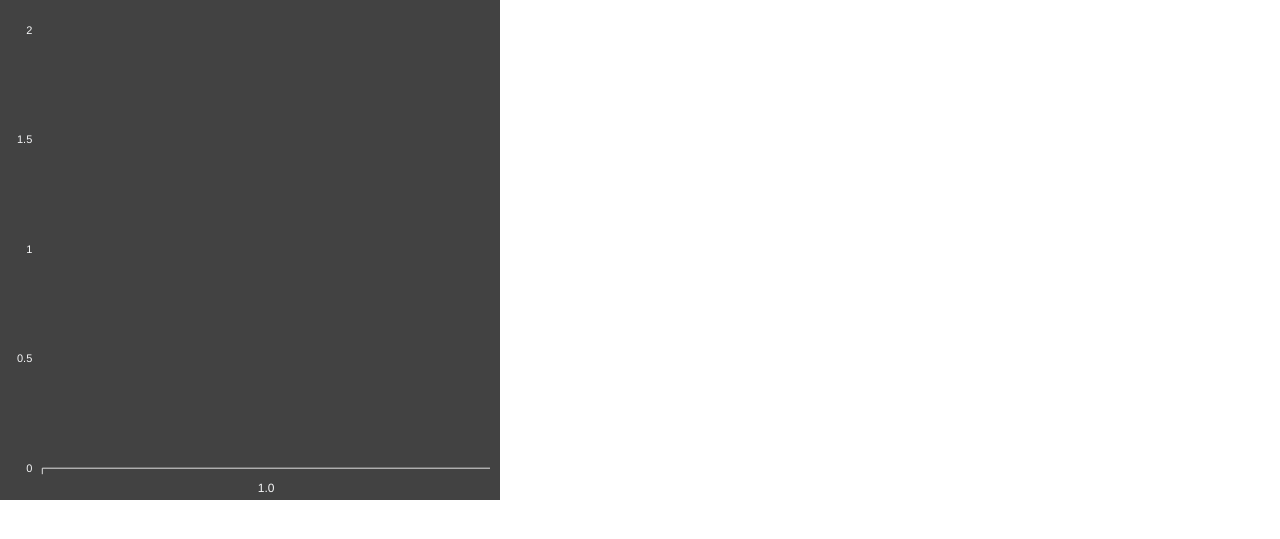
Repository: wanted-pre-onboarding-internship-1team/pre-onboarding-9th-3-1
Page: /
These files come from the project's save history. The page is drawn as it stood at one moment and after the next save; the edit follows.
The browser window is 1280 px wide. The pictures show the whole page.
The project was rebuilt for these pictures with package versions that can differ from the ones it lists, and the page was loaded fresh each time.

Above is the page before, as saved 2023-03-15 00:53:22.

### public/index.html
<!DOCTYPE html>
<html lang="en">
  <head>
    <meta charset="utf-8" />
    <link rel="icon" href="%PUBLIC_URL%/favicon.ico" />
    <meta name="viewport" content="width=device-width, initial-scale=1" />
    <meta name="theme-color" content="#000000" />

    <title>React App</title>
  </head>

  <body>
    <div id="root"></div>
  </body>
</html>

### src/index.tsx
import App from './App';
import './index.css';
import React from 'react';
import ReactDOM from 'react-dom/client';
import { BrowserRouter } from 'react-router-dom';

const root = ReactDOM.createRoot(
  document.getElementById('root') as HTMLElement
);
root.render(
  <BrowserRouter>
    <App />
  </BrowserRouter>
);

### src/App.tsx
import Router from './router/router';
import { createGlobalStyle } from 'styled-components';
import reset from 'styled-reset';

const GlobalStyle = createGlobalStyle`
  ${reset}
`;

function App() {
  return (
    <>
      <GlobalStyle />
      <Router />
    </>
  );
}

export default App;

### src/router/router.tsx
import Mainpage from '../pages/Mainpage';
import React from 'react';
import { Route, Routes } from 'react-router-dom';

export default function router() {
  return (
    <Routes>
      <Route path='/' element={<Mainpage />} />
    </Routes>
  );
}

### src/pages/Mainpage.tsx
import { api } from '../apis';
import { GetMockResponse } from '../apis/types/mock';
import useMockList from '../hooks/useMockList';
import axios from 'axios';
import React, { useEffect, useState } from 'react';
import ApexCharts from 'react-apexcharts';

export default function Mainpage() {
  const test = useMockList();
  console.log(test);
  return (
    <div>
      <ApexCharts
        type='line'
        height='500'
        width='500'
        series={[
          {
            name: 'Column A',
            data: [
              { x: 1, y: 1, tooltip: 1 },
              { x: 1, y: 1, tooltip: 1 },
              { x: 1, y: 1, tooltip: 1 },
              { x: 1, y: 1, tooltip: 1 },
            ],
          },
        ]}
        options={{
          theme: {
            mode: 'dark',
          },
          chart: {
            toolbar: {
              show: false,
            },
          },
          grid: { show: false },
          stroke: {
            curve: 'smooth',
            width: 5,
          },
          xaxis: {
            type: 'numeric',
          },
        }}
      />
      {/* <ApexCharts
        height='500'
        width='1000'
        series={[
          {
            name: 'bar',
            type: 'column',
            data: [...test.barValueList.map(item => ({ y: 1 }))],
          },
          {
            name: 'area',
            type: 'area',
            data: test.areaValueList,
          },
        ]}
        options={{
          dataLabels: {
            enabled: false,
          },

          yaxis: [
            {
              seriesName: 'bar',
              axisTicks: {
                show: true,
              },
              axisBorder: {
                show: true,
              },
              title: {
                text: 'area1',
              },
            },
            {
              opposite: true,
              seriesName: 'area',
              axisTicks: {
                show: true,
              },
              axisBorder: {
                show: true,
              },
              title: {
                text: 'barList',
              },
            },
            {
              seriesName: 'id',
              show: false,
            },
          ],
          xaxis: {
            categories: test.timeList,
          },
          colors: ['#99C2A2', '#66C7F4', '#caa137'],
        }}
      /> */}
    </div>
  );
}

{
  /* <div>
<ApexCharts
  height='500'
  width='1000'
  series={[
    {
      name: 'TEAM A',
      type: 'column',
      data: test.areaValueList,
    },
  ]}
  options={{
    grid: {
      row: {
        colors: ['#f3f3f3', 'transparent'],
        opacity: 0.5,
      },
    },
    stroke: {
      width: [0, 2, 5],
      curve: 'smooth',
    },

    xaxis: {
      categories: test.timeList,
    },
    colors: ['red', 'blue'],
  }}
/>
</div> */
}

### src/hooks/useMockList.ts
import { api } from '../apis';
import { GetMockResponse } from '../apis/types/mock';
import { useEffect, useState } from 'react';

export default function useMockList() {
  const [originData, setOriginData] = useState<GetMockResponse['response']>();

  const dateList = originData ? Object.keys(originData) : [];

  const timeList = originData
    ? Object.keys(originData).map(time => time.split(' ')[1])
    : [];

  const idList = originData
    ? Object.entries(originData).map(entry => entry[1].id)
    : [];

  const barValueList = originData
    ? Object.entries(originData).map(entry => entry[1].value_bar)
    : [];

  const areaValueList = originData
    ? Object.entries(originData).map(entry => entry[1].value_area)
    : [];

  useEffect(() => {
    api.mock.getMockDatas().then(res => {
      const { data } = res;
      setOriginData(data.response);
    });
  }, []);

  return { timeList, dateList, idList, barValueList, areaValueList };
}

### src/apis/index.ts
import { instance } from './instance';
import MockService from './mockService';

const mockService = new MockService(instance);

export const api = { mock: mockService };

### src/apis/instance.ts
import axios, { AxiosInstance, AxiosRequestConfig, AxiosResponse } from 'axios';

interface CustomInstance extends AxiosInstance {
  get<T = unknown, R = AxiosResponse<T>, D = unknown>(
    url: string,
    config?: AxiosRequestConfig<D>
  ): Promise<R>;
}

const instance: CustomInstance = axios.create({
  baseURL: '/',
});

export { instance };

### src/apis/mockService.ts
import { instance } from './instance';
import { GetMockResponse } from './types/mock';

export default class MockService {
  constructor(private api: typeof instance) {}
  getMockDatas = async () => this.api.get<GetMockResponse>('data/mock.json');
}

### public/data/mock.json
{
  "type": "Flexsys Mock API",
  "version": 1.0,
  "response": {
    "2023-02-01 14:32:00": {
      "id": "성북구",
      "value_area": 46,
      "value_bar": 13111
    },
    "2023-02-01 14:32:05": {
      "id": "강남구",
      "value_area": 9,
      "value_bar": 19143
    },
    "2023-02-01 14:32:10": {
      "id": "노원구",
      "value_area": 79,
      "value_bar": 14798
    },
    "2023-02-01 14:32:15": {
      "id": "중랑구",
      "value_area": 4,
      "value_bar": 14456
    },
    "2023-02-01 14:32:20": {
      "id": "노원구",
      "value_area": 97,
      "value_bar": 19116
    },
    "2023-02-01 14:32:25": {
      "id": "성북구",
      "value_area": 66,
      "value_bar": 18098
    },
    "2023-02-01 14:32:30": {
      "id": "중랑구",
      "value_area": 84,
      "value_bar": 16243
    },
    "2023-02-01 14:32:35": {
      "id": "강남구",
      "value_area": 5,
      "value_bar": 13100
    },
    "2023-02-01 14:32:40": {
      "id": "성북구",
      "value_area": 13,
      "value_bar": 19429
    },
    "2023-02-01 14:32:45": {
      "id": "노원구",
      "value_area": 50,
      "value_bar": 14923
    },
    "2023-02-01 14:32:50": {
      "id": "강남구",
      "value_area": 24,
      "value_bar": 10127
    },
    "2023-02-01 14:32:55": {
      "id": "강남구",
      "value_area": 98,
      "value_bar": 12583
    },
    "2023-02-01 14:33:00": {
      "id": "중랑구",
      "value_area": 7,
      "value_bar": 12310
    },
    "2023-02-01 14:33:05": {
      "id": "중랑구",
      "value_area": 21,
      "value_bar": 15764
    },
    "2023-02-01 14:33:10": {
      "id": "강남구",
      "value_area": 67,
      "value_bar": 11060
    },
    "2023-02-01 14:33:15": {
      "id": "강남구",
      "value_area": 69,
      "value_bar": 14857
    },
    "2023-02-01 14:33:20": {
      "id": "노원구",
      "value_area": 86,
      "value_bar": 13995
    },
    "2023-02-01 14:33:25": {
      "id": "중랑구",
      "value_area": 59,
      "value_bar": 14773
    },
    "2023-02-01 14:33:30": {
      "id": "노원구",
      "value_area": 77,
      "value_bar": 18347
    },
    "2023-02-01 14:33:35": {
      "id": "성북구",
      "value_area": 77,
      "value_bar": 15970
    },
    "2023-02-01 14:33:40": {
      "id": "성북구",
      "value_area": 27,
      "value_bar": 18577
    },
    "2023-02-01 14:33:45": {
      "id": "성북구",
      "value_area": 33,
      "value_bar": 11704
    },
    "2023-02-01 14:33:50": {
      "id": "성북구",
      "value_area": 17,
      "value_bar": 17241
    },
    "2023-02-01 14:33:55": {
      "id": "노원구",
      "value_area": 22,
      "value_bar": 14450
    },
    "2023-02-01 14:34:00": {
      "id": "중랑구",
      "value_area": 27,
      "value_bar": 14970
    },
    "2023-02-01 14:34:05": {
      "id": "중랑구",
      "value_area": 99,
      "value_bar": 17906
    },
    "2023-02-01 14:34:10": {
      "id": "강남구",
      "value_area": 65,
      "value_bar": 11233
    },
    "2023-02-01 14:34:15": {
      "id": "노원구",
      "value_area": 38,
      "value_bar": 17306
    },
    "2023-02-01 14:34:20": {
      "id": "성북구",
      "value_area": 63,
      "value_bar": 14577
    },
    "2023-02-01 14:34:25": {
      "id": "중랑구",
      "value_area": 58,
      "value_bar": 13199
    },
    "2023-02-01 14:34:30": {
      "id": "중랑구",
      "value_area": 93,
      "value_bar": 12707
    },
    "2023-02-01 14:34:35": {
      "id": "강남구",
      "value_area": 74,
      "value_bar": 15064
    },
    "2023-02-01 14:34:40": {
      "id": "강남구",
      "value_area": 45,
      "value_bar": 16300
    },
    "2023-02-01 14:34:45": {
      "id": "성북구",
      "value_area": 7,
      "value_bar": 14605
    },
    "2023-02-01 14:34:50": {
      "id": "노원구",
      "value_area": 7,
      "value_bar": 15210
    },
    "2023-02-01 14:34:55": {
      "id": "성북구",
      "value_area": 89,
      "value_bar": 13578
    },
    "2023-02-01 14:35:00": {
      "id": "중랑구",
      "value_area": 37,
      "value_bar": 11298
    },
    "2023-02-01 14:35:05": {
      "id": "노원구",
      "value_area": 82,
      "value_bar": 15686
    },
    "2023-02-01 14:35:10": {
      "id": "중랑구",
      "value_area": 19,
      "value_bar": 11485
    },
    "2023-02-01 14:35:15": {
      "id": "성북구",
      "value_area": 37,
      "value_bar": 16848
    },
    "2023-02-01 14:35:20": {
      "id": "성북구",
      "value_area": 91,
      "value_bar": 18670
    },
    "2023-02-01 14:35:25": {
      "id": "강남구",
      "value_area": 44,
      "value_bar": 17165
    },
    "2023-02-01 14:35:30": {
      "id": "성북구",
      "value_area": 88,
      "value_bar": 15053
    },
    "2023-02-01 14:35:35": {
      "id": "성북구",
      "value_area": 1,
      "value_bar": 14998
    },
    "2023-02-01 14:35:40": {
      "id": "강남구",
      "value_area": 7,
      "value_bar": 17739
    },
    "2023-02-01 14:35:45": {
      "id": "중랑구",
      "value_area": 17,
      "value_bar": 19212
    },
    "2023-02-01 14:35:50": {
      "id": "노원구",
      "value_area": 73,
      "value_bar": 16757
    },
    "2023-02-01 14:35:55": {
      "id": "노원구",
      "value_area": 24,
      "value_bar": 12864
    },
    "2023-02-01 14:36:00": {
      "id": "노원구",
      "value_area": 99,
      "value_bar": 10178
    },
    "2023-02-01 14:36:05": {
      "id": "성북구",
      "value_area": 13,
      "value_bar": 19425
    },
    "2023-02-01 14:36:10": {
      "id": "강남구",
      "value_area": 2,
      "value_bar": 12455
    },
    "2023-02-01 14:36:15": {
      "id": "노원구",
      "value_area": 91,
      "value_bar": 16945
    },
    "2023-02-01 14:36:20": {
      "id": "성북구",
      "value_area": 10,
      "value_bar": 13734
    },
    "2023-02-01 14:36:25": {
      "id": "성북구",
      "value_area": 14,
      "value_bar": 13894
    },
    "2023-02-01 14:36:30": {
      "id": "중랑구",
      "value_area": 82,
      "value_bar": 19367
    },
    "2023-02-01 14:36:35": {
      "id": "중랑구",
      "value_area": 71,
      "value_bar": 15492
    },
    "2023-02-01 14:36:40": {
      "id": "강남구",
      "value_area": 2,
      "value_bar": 19082
    },
    "2023-02-01 14:36:45": {
      "id": "노원구",
      "value_area": 24,
      "value_bar": 13117
    },
    "2023-02-01 14:36:50": {
      "id": "노원구",
      "value_area": 96,
      "value_bar": 15744
    },
    "2023-02-01 14:36:55": {
      "id": "성북구",
      "value_area": 74,
      "value_bar": 15609
    },
    "2023-02-01 14:37:00": {
      "id": "노원구",
      "value_area": 48,
      "value_bar": 14747
    },
    "2023-02-01 14:37:05": {
      "id": "중랑구",
      "value_area": 34,
      "value_bar": 15331
    },
    "2023-02-01 14:37:10": {
      "id": "노원구",
      "value_area": 73,
      "value_bar": 12292
    },
    "2023-02-01 14:37:15": {
      "id": "강남구",
      "value_area": 77,
      "value_bar": 11454
    },
    "2023-02-01 14:37:20": {
      "id": "강남구",
      "value_area": 94,
      "value_bar": 12972
    },
    "2023-02-01 14:37:25": {
      "id": "성북구",
      "value_area": 29,
      "value_bar": 19279
    },
    "2023-02-01 14:37:30": {
      "id": "노원구",
      "value_area": 73,
      "value_bar": 18371
    },
    "2023-02-01 14:37:35": {
      "id": "노원구",
      "value_area": 50,
      "value_bar": 13317
    },
    "2023-02-01 14:37:40": {
      "id": "강남구",
      "value_area": 65,
      "value_bar": 18504
    },
    "2023-02-01 14:37:45": {
      "id": "성북구",
      "value_area": 87,
      "value_bar": 16196
    },
    "2023-02-01 14:37:50": {
      "id": "강남구",
      "value_area": 14,
      "value_bar": 19701
    },
    "2023-02-01 14:37:55": {
      "id": "중랑구",
      "value_area": 80,
      "value_bar": 14836
    },
    "2023-02-01 14:38:00": {
      "id": "노원구",
      "value_area": 14,
      "value_bar": 13074
    },
    "2023-02-01 14:38:05": {
      "id": "성북구",
      "value_area": 25,
      "value_bar": 18335
    },
    "2023-02-01 14:38:10": {
      "id": "중랑구",
      "value_area": 22,
      "value_bar": 15022
    },
    "2023-02-01 14:38:15": {
      "id": "노원구",
      "value_area": 6,
      "value_bar": 12043
    },
    "2023-02-01 14:38:20": {
      "id": "중랑구",
      "value_area": 88,
      "value_bar": 11144
    },
    "2023-02-01 14:38:25": {
      "id": "강남구",
      "value_area": 1,
      "value_bar": 17518
    },
    "2023-02-01 14:38:30": {
      "id": "노원구",
      "value_area": 90,
      "value_bar": 18643
    },
    "2023-02-01 14:38:35": {
      "id": "성북구",
      "value_area": 98,
      "value_bar": 18318
    },
    "2023-02-01 14:38:40": {
      "id": "중랑구",
      "value_area": 4,
      "value_bar": 10746
    },
    "2023-02-01 14:38:45": {
      "id": "강남구",
      "value_area": 43,
      "value_bar": 18806
    },
    "2023-02-01 14:38:50": {
      "id": "중랑구",
      "value_area": 43,
      "value_bar": 16209
    },
    "2023-02-01 14:38:55": {
      "id": "강남구",
      "value_area": 91,
      "value_bar": 14273
    },
    "2023-02-01 14:39:00": {
      "id": "성북구",
      "value_area": 31,
      "value_bar": 19193
    },
    "2023-02-01 14:39:05": {
      "id": "성북구",
      "value_area": 92,
      "value_bar": 19661
    },
    "2023-02-01 14:39:10": {
      "id": "노원구",
      "value_area": 20,
      "value_bar": 19574
    },
    "2023-02-01 14:39:15": {
      "id": "중랑구",
      "value_area": 72,
      "value_bar": 18963
    },
    "2023-02-01 14:39:20": {
      "id": "강남구",
      "value_area": 15,
      "value_bar": 13083
    },
    "2023-02-01 14:39:25": {
      "id": "성북구",
      "value_area": 34,
      "value_bar": 12868
    },
    "2023-02-01 14:39:30": {
      "id": "강남구",
      "value_area": 44,
      "value_bar": 10836
    },
    "2023-02-01 14:39:35": {
      "id": "중랑구",
      "value_area": 13,
      "value_bar": 14255
    },
    "2023-02-01 14:39:40": {
      "id": "노원구",
      "value_area": 35,
      "value_bar": 15437
    },
    "2023-02-01 14:39:45": {
      "id": "중랑구",
      "value_area": 95,
      "value_bar": 18426
    },
    "2023-02-01 14:39:50": {
      "id": "강남구",
      "value_area": 61,
      "value_bar": 11387
    },
    "2023-02-01 14:39:55": {
      "id": "성북구",
      "value_area": 18,
      "value_bar": 14312
    },
    "2023-02-01 14:40:00": {
      "id": "성북구",
      "value_area": 18,
      "value_bar": 18700
    },
    "2023-02-01 14:40:05": {
      "id": "중랑구",
      "value_area": 92,
      "value_bar": 18053
    },
    "2023-02-01 14:40:10": {
      "id": "강남구",
      "value_area": 75,
      "value_bar": 13460
    },
    "2023-02-01 14:40:15": {
      "id": "성북구",
      "value_area": 15,
      "value_bar": 14829
    }
  }
}

Loaded but not shown: src/index.css (common file)

After the next save:
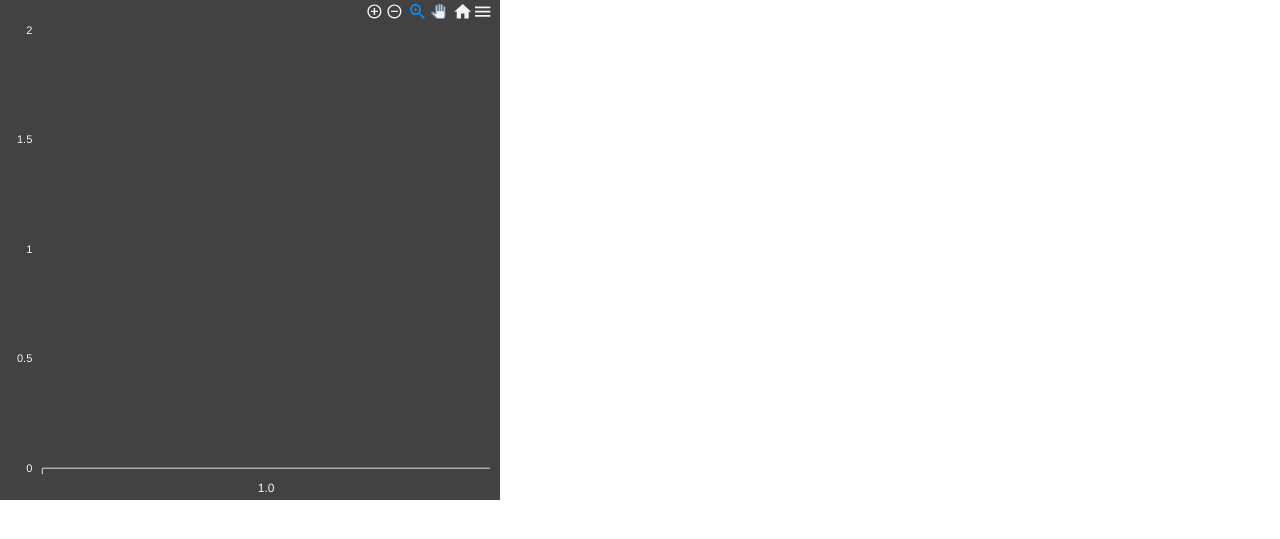
Saved 21 s later.
--- a/src/pages/Mainpage.tsx
+++ b/src/pages/Mainpage.tsx
@@ -29,11 +29,7 @@ export default function Mainpage() {
           theme: {
             mode: 'dark',
           },
-          chart: {
-            toolbar: {
-              show: false,
-            },
-          },
+
           grid: { show: false },
           stroke: {
             curve: 'smooth',
